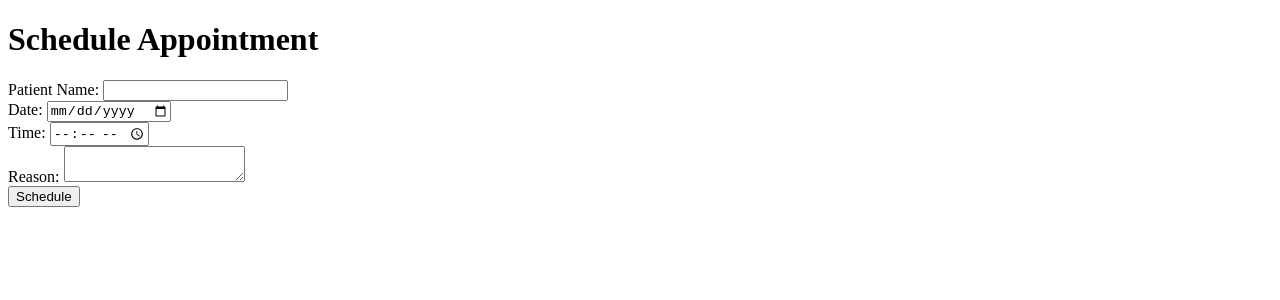
Repository: jaytriggz/Hospital-Management-System
Page: index.html
The author's editor kept a copy of each file at every save. The page is drawn from the files as they stood at one save, then again after the next save.
The browser window is 1280 px wide. The pictures show the whole page.

Above is the page before, as saved 2024-07-04 14:39:54.

### index.html
<!DOCTYPE html>
<html lang="en">
<head>
    <meta charset="UTF-8">
    <title>Schedule Appointment</title>
</head>
<body>
    <h1>Schedule Appointment</h1>
    <form id="appointmentForm">
        <label for="patientName">Patient Name:</label>
        <input type="text" id="patientName" name="patientName" required><br>

        <label for="date">Date:</label>
        <input type="date" id="date" name="date" required><br>

        <label for="time">Time:</label>
        <input type="time" id="time" name="time" required><br>

        <label for="reason">Reason:</label>
        <textarea id="reason" name="reason" required></textarea><br>

        <button type="submit">Schedule</button>
    </form>

    <script>
        document.getElementById('appointmentForm').addEventListener('submit', function(event) {
            event.preventDefault();

            const formData = {
                patientName: document.getElementById('patientName').value,
                date: document.getElementById('date').value,
                time: document.getElementById('time').value,
                reason: document.getElementById('reason').value
            };

            fetch('/appointments', {
                method: 'POST',
                headers: {
                    'Content-Type': 'application/json'
                },
                body: JSON.stringify(formData)
            })
            .then(response => response.text())
            .then(data => {
                alert(data);
            })
            .catch(error => {
                console.error('Error:', error);
            });
        });
    </script>
</body>
</html>

After the next save:
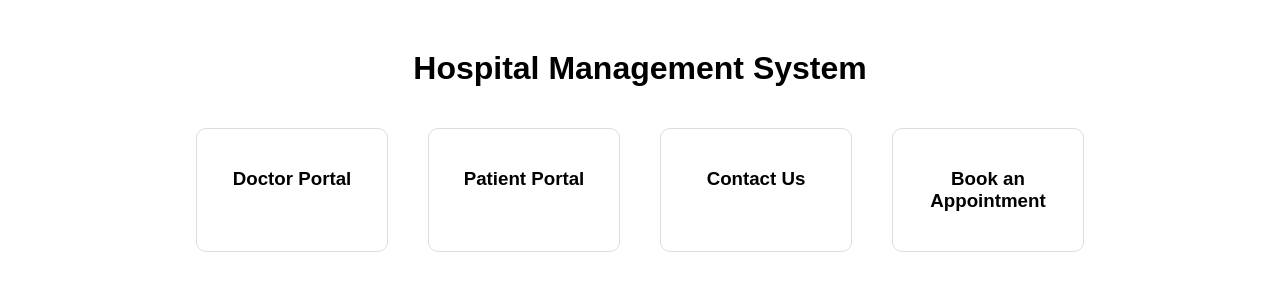
Saved 9 min 41 s later.
--- a/index.html
+++ b/index.html
@@ -2,52 +2,51 @@
 <html lang="en">
 <head>
     <meta charset="UTF-8">
-    <title>Schedule Appointment</title>
+    <title>Hospital Management System</title>
+    <style>
+        body {
+            font-family: Arial, sans-serif;
+        }
+        .container {
+            text-align: center;
+            margin-top: 50px;
+        }
+        .icon-container {
+            display: flex;
+            justify-content: center;
+            flex-wrap: wrap;
+        }
+        .icon {
+            margin: 20px;
+            padding: 20px;
+            border: 1px solid #ddd;
+            border-radius: 10px;
+            width: 150px;
+            text-align: center;
+            cursor: pointer;
+        }
+        .icon:hover {
+            background-color: #f0f0f0;
+        }
+    </style>
 </head>
 <body>
-    <h1>Schedule Appointment</h1>
-    <form id="appointmentForm">
-        <label for="patientName">Patient Name:</label>
-        <input type="text" id="patientName" name="patientName" required><br>
-
-        <label for="date">Date:</label>
-        <input type="date" id="date" name="date" required><br>
-
-        <label for="time">Time:</label>
-        <input type="time" id="time" name="time" required><br>
-
-        <label for="reason">Reason:</label>
-        <textarea id="reason" name="reason" required></textarea><br>
-
-        <button type="submit">Schedule</button>
-    </form>
-
-    <script>
-        document.getElementById('appointmentForm').addEventListener('submit', function(event) {
-            event.preventDefault();
-
-            const formData = {
-                patientName: document.getElementById('patientName').value,
-                date: document.getElementById('date').value,
-                time: document.getElementById('time').value,
-                reason: document.getElementById('reason').value
-            };
-
-            fetch('/appointments', {
-                method: 'POST',
-                headers: {
-                    'Content-Type': 'application/json'
-                },
-                body: JSON.stringify(formData)
-            })
-            .then(response => response.text())
-            .then(data => {
-                alert(data);
-            })
-            .catch(error => {
-                console.error('Error:', error);
-            });
-        });
-    </script>
+    <div class="container">
+        <h1>Hospital Management System</h1>
+        <div class="icon-container">
+            <div class="icon" onclick="location.href='doctor_portal.html'">
+                <h3>Doctor Portal</h3>
+            </div>
+            <div class="icon" onclick="location.href='patient_portal.html'">
+                <h3>Patient Portal</h3>
+            </div>
+            <div class="icon" onclick="location.href='contact_us.html'">
+                <h3>Contact Us</h3>
+            </div>
+            <div class="icon" onclick="location.href='schedule_appointment.html'">
+                <h3>Book an Appointment</h3>
+            </div>
+        </div>
+    </div>
 </body>
 </html>
